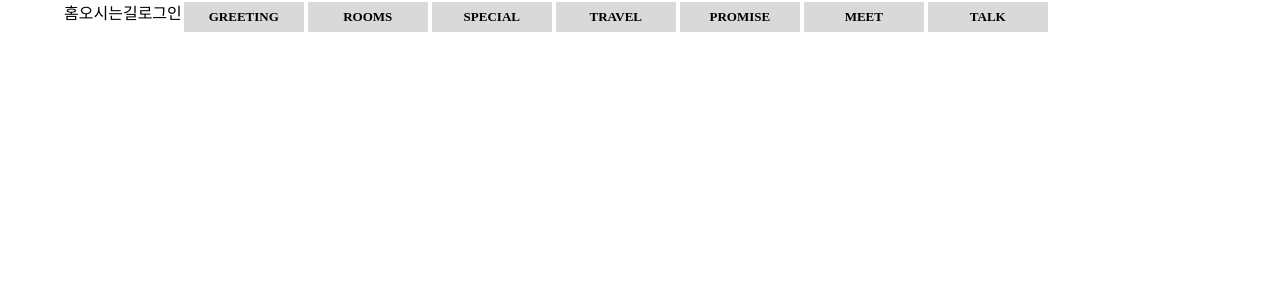
Repository: hojohe/bit-java
Page: 07_css/WebContent/99_exam/exam03.html
An editor plug-in stored every save of this project. The page is shown before and after the next save, followed by the edit.
The browser window is 1280 px wide. The pictures show the whole page.

Above is the page before, as saved 2017-01-25 05:46:47.

### 07_css/WebContent/99_exam/exam03.html
<!DOCTYPE html>
<html>
<head>
<meta charset="EUC-KR">
<title>Insert title here</title>
<link rel="stylesheet" style="text/css" href="exam03.css" />
</head>
<body>
	<div class="container">
		<ul class="headerLnb">
			<li>
				<a>홈</a>
			</li>
			<li>
				<a>오시는길</a>
			</li>
			<li>
				<a>로그인</a>
			</li>
		</ul>

		<ul class="mainLnb">
			<li><a>GREETING</a>
				<ul>
					<li><a>인사말</a></li>
					<li><a>주변풍경</a></li>
				</ul>
			</li>
			<li><a>ROOMS</a>
				<ul>
					<li><a>은하수</a></li>
					<li><a>별똥별</a></li>
				</ul>
			</li>
			<li><a>SPECIAL</a>
				<ul>
					<li><a>스파즐기기</a></li>
					<li><a>바베큐파티</a></li>
				</ul>
			</li>
			<li><a>TRAVEL</a>
				<ul>
					<li><a>아침고요수목원</a></li>
					<li><a>소인국</a></li>
				</ul>
			</li>
			<li><a>PROMISE</a>
				<ul>
					<li><a>예약/객실요</a></li>
					<li><a>실시간예약하기</a></li>
				</ul>
			</li>
			<li><a>MEET</a>
				<ul>
					<li><a>교통정보</a></li>
					<li><a>약도</a></li>
				</ul>
			</li>
			<li><a>TALK</a>
				<ul>
					<li><a>공지사항</a></li>
					<li><a>여행후기</a></li>
				</ul>
			</li>
		</ul>
	</div>
</body>
</html>

### 07_css/WebContent/99_exam/exam03.css
@CHARSET "EUC-KR";

* { margin: 0px; padding: 0px; }
.container {
	width: 90%;
	margin: 0 auto;
	background: rgba(255,0,0,0.3);
}

a {	text-decoration: none; transition: .7s; }

li { list-style: none; }

ul.headerLnb { width:100%; margin: 0 auto; }
ul.headerLnb > li { float:left; }
ul.mainLnb { width:960px;  margin: 0 auto; }
ul.mainLnb > li { float: left; }
ul.mainLnb a {
	background: #d9d9d9;
	width: 120px;
	height: 30px;
	display: block;
	font-size: 13px;
	font-weight: bold;
	line-height: 30px;
}

ul.mainLnb > li > a { text-align: center; margin: 2px;}

ul.mainLnb > li:hover > a {
	background: #489df2;
	color: #fff;
}

ul.mainLnb > li > ul {
	display: none;
}

ul.mainLnb > li:hover > ul {
	display:block;
}

ul.mainLnb > li > ul > li > a {
	margin-left: 2px;
	padding-left: 5px;
	box-sizing: border-box;
}

ul.mainLnb > li > ul > li > a:hover {
	background: #444;
	color: white;
}

After the next save:
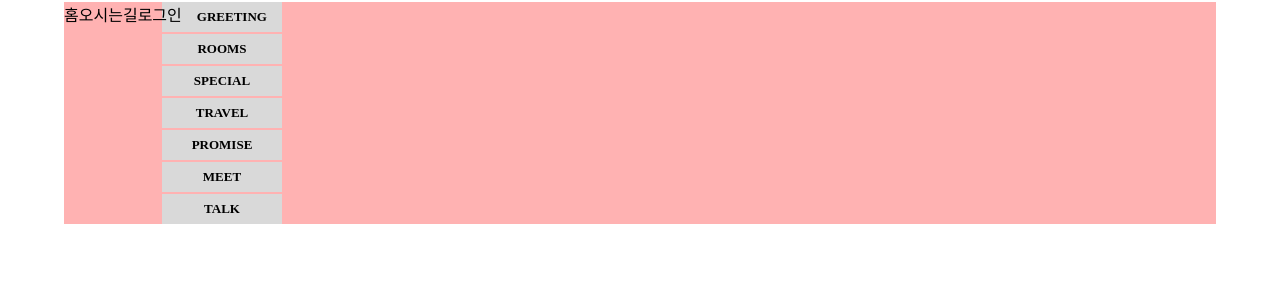
Saved 34 s later.
--- a/07_css/WebContent/99_exam/exam03.css
+++ b/07_css/WebContent/99_exam/exam03.css
@@ -14,6 +14,8 @@
 ul.headerLnb { width:100%; margin: 0 auto; }
 ul.headerLnb > li { float:left; }
 ul.mainLnb { width:960px;  margin: 0 auto; }
+
+ul.mainLnb.fi:FIRST-CHILD
 ul.mainLnb > li { float: left; }
 ul.mainLnb a {
 	background: #d9d9d9;

After the 2 saves that followed:
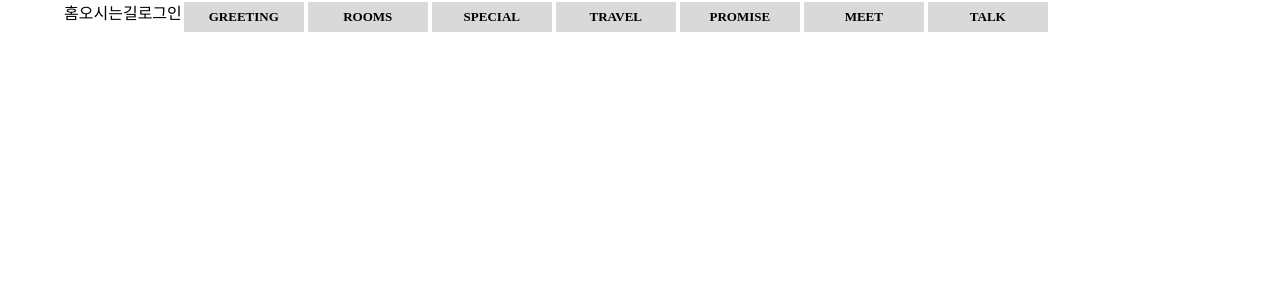
The 2 saves are shown as one change because they came seconds apart.
The last was saved 6 s later.
--- a/07_css/WebContent/99_exam/exam03.css
+++ b/07_css/WebContent/99_exam/exam03.css
@@ -15,7 +15,7 @@
 ul.headerLnb > li { float:left; }
 ul.mainLnb { width:960px;  margin: 0 auto; }
 
-ul.mainLnb.fi:FIRST-CHILD
+ul.mainLnb.fi:FIRST-CHILD { clear: both; }
 ul.mainLnb > li { float: left; }
 ul.mainLnb a {
 	background: #d9d9d9;
